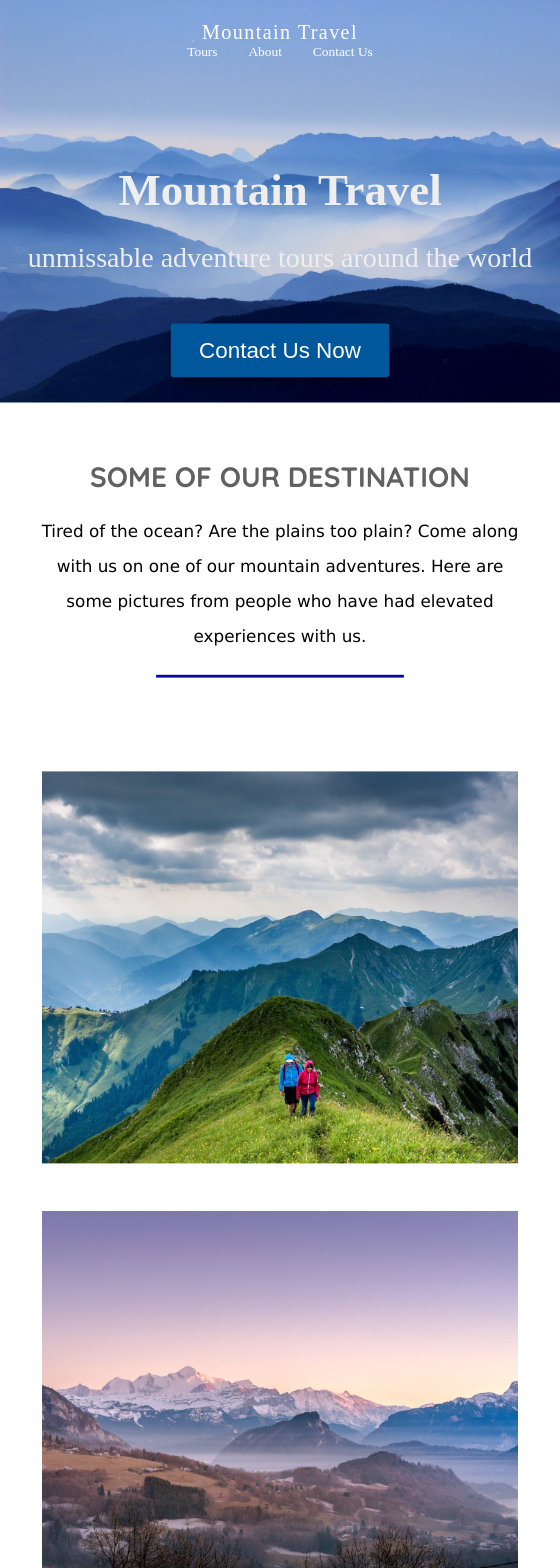
Repository: Einsteiniumeinsteinian/Advanced-CSS
Page: css-project-starter-code/index.html
An editor plug-in stored every save of this project. The page is shown before and after a run of saves, followed by the edit.
The browser window is 768 px wide. The page is 800 px wide, so the pictures cover 800 px, including what lies to the right of the window. The pictures show the part of the page from y = 0 to 2240 px (the page is 9086 px tall before and 9103 px after), at 70% of full size.
Some web libraries are served in a nearby version.

Above is the page before, as saved 2021-09-02 14:30:50.

After the next 3 saves:
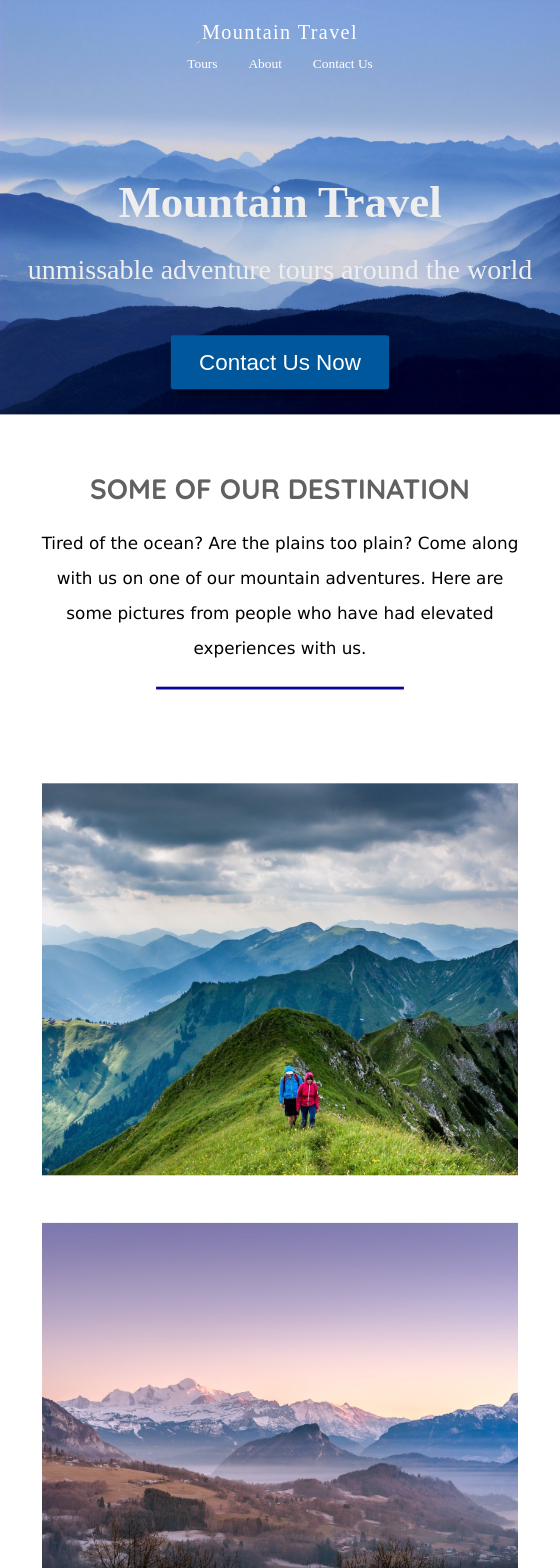
The 3 saves are shown as one change because they came seconds apart.
The last was saved 19 s later.
--- a/css-project-starter-code/assets/css/styles.css
+++ b/css-project-starter-code/assets/css/styles.css
@@ -55,6 +55,9 @@
         justify-content: space-around;
     }
 
+    nav > a{
+        flex-basis: 50px;
+    }
 
 }
 

After the 2 saves that followed:
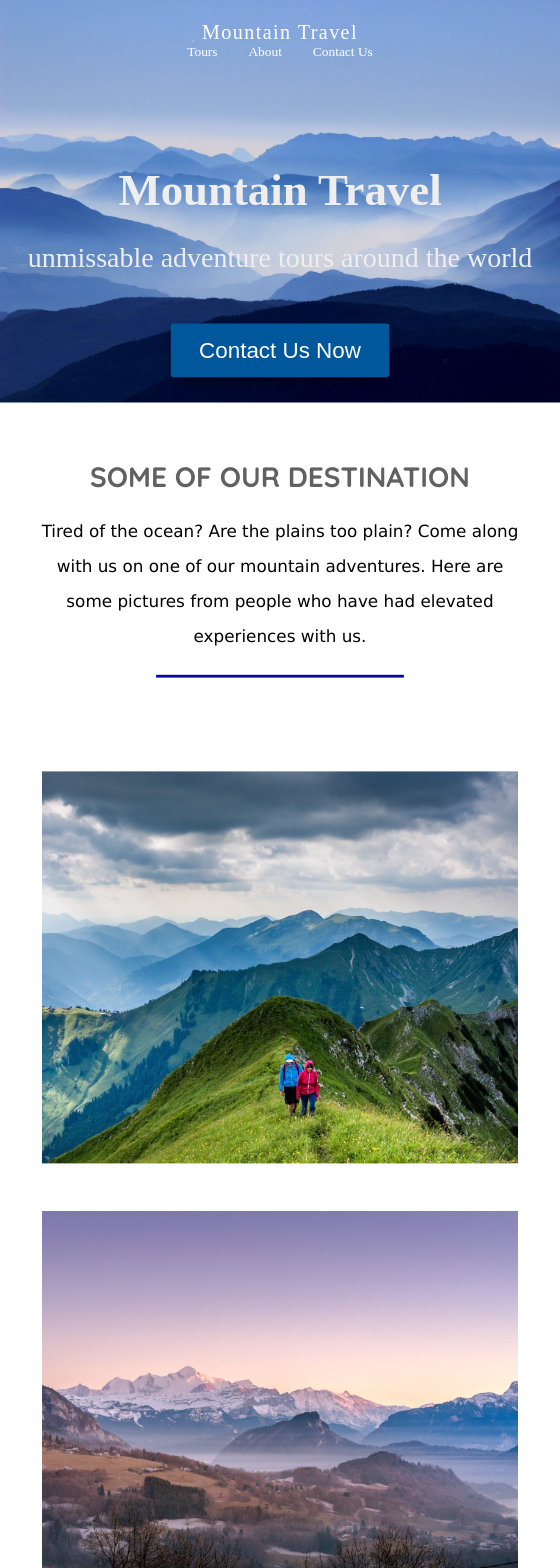
The 2 saves are shown as one change because they came seconds apart.
The last was saved 6 s later.
--- a/css-project-starter-code/assets/css/styles.css
+++ b/css-project-starter-code/assets/css/styles.css
@@ -56,7 +56,7 @@
     }
 
     nav > a{
-        flex-basis: 50px;
+
     }
 
 }
